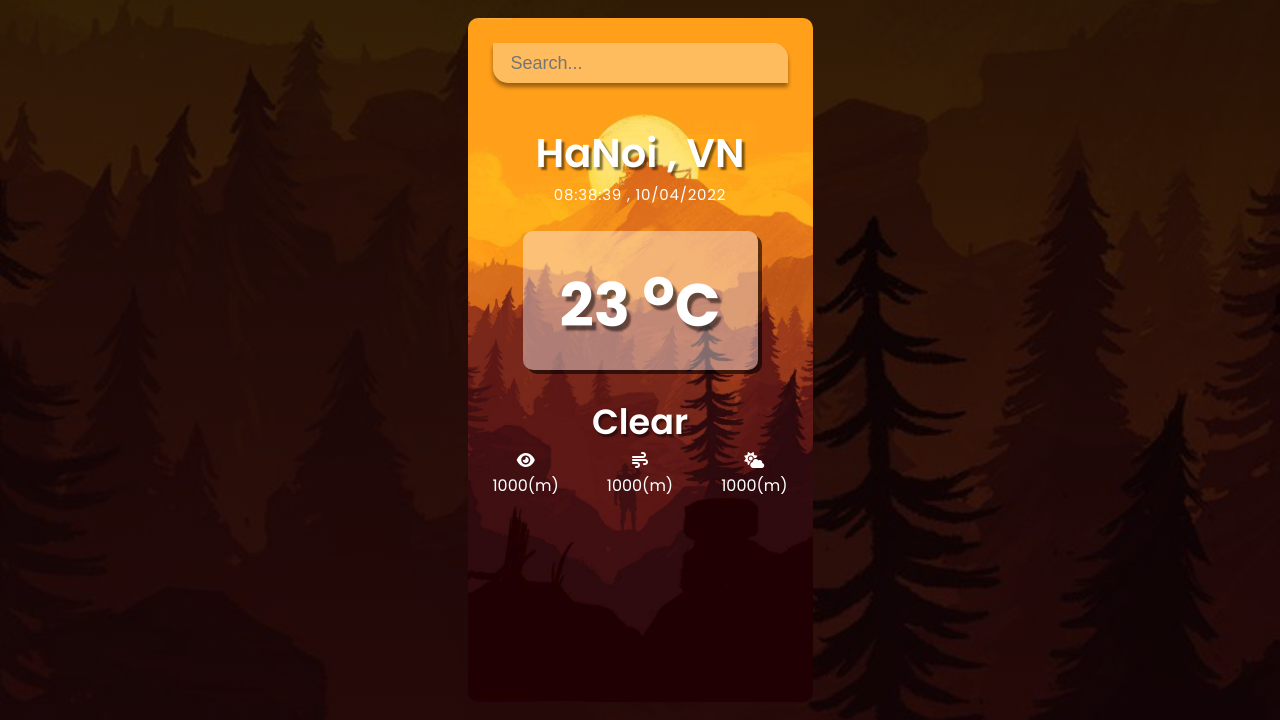
Repository: NguyenDuc-Huy/API_WEATHER
Page: index.html
An editor plug-in stored every save of this project. The page is shown before and after the next save, followed by the edit.
The browser window is 1280 px wide. The pictures show the whole page.
Some web libraries are served in a nearby version.

Above is the page before, as saved 2022-04-10 15:53:51.

### index.html
<!DOCTYPE html>
<html lang="en">

<head>
    <meta charset="UTF-8">
    <meta http-equiv="X-UA-Compatible" content="IE=edge">
    <meta name="viewport" content="width=device-width, initial-scale=1.0">
    <link rel="stylesheet" href="https://cdnjs.cloudflare.com/ajax/libs/font-awesome/6.1.1/css/all.min.css">
    <link rel="preconnect" href="https://fonts.googleapis.com">
    <link rel="preconnect" href="https://fonts.gstatic.com" crossorigin>
    <link href="https://fonts.googleapis.com/css2?family=Poppins:wght@300;400;500;600;700;800&display=swap"
        rel="stylesheet">
    <link rel="stylesheet" href="style.css">
    <title>Weather app</title>
</head>

<body>
    <div id="weather">
        <input type="text" class="search" placeholder="Search...">
        <div class="content">
            <div class="location">
                <span class="city">HaNoi</span>
                <span>,</span>
                <span class="country">VN</span>
            </div>
            <div class="datetime">
                <span class="time">08:38:39</span>
                <span>,</span>
                <span class="date">10/04/2022</span>
            </div>
            <div class="temperature">
                <span class="no">23</span>
                <span class="degree"><sup>o</sup>C</span>
            </div>
            <p class="desc">Clear</p>
            <div class="more-desc">
                <div>
                    <i class="fa-solid fa-eye"></i>
                    <p>1000(m)</p>
                </div>
                <div>
                    <i class="fa-solid fa-wind"></i>
                    <p>1000(m)</p>
                </div>
                <div>
                    <i class="fa-solid fa-cloud-sun"></i>
                    <p>1000(m)</p>
                </div>
            </div>
        </div>
    </div>
</body>
<script src="app.js"></script>

</html>

### style.css
* {
  margin: 0;
  padding: 0;
  box-sizing: border-box;
}
body {
  width: 100vw;
  height: 100vh;
  display: flex;
  justify-content: center;
  align-items: center;
  font-family: "Poppins", sans-serif;
  background: linear-gradient(to bottom, rgba(0, 0, 0, 0.8), rgba(0, 0, 0, 0.6)),
    url("./image/hot.png") no-repeat center/cover;
}
#weather {
  background: url("./image/hot.png") no-repeat center/cover;
  width: 345px;
  height: 95vh;
  display: flex;
  flex-direction: column;
  align-items: center;
  padding: 25px;
  border-radius: 10px;
}
.search {
  border-radius: 0 15px 0 15px;
  border: none;
  outline: none;
  padding: 18px 18px;
  width: 100%;
  height: 40px;
  font-size: 18px;
  box-shadow: 0 4px 4px rgba(0, 0, 0, 0.4);
  background-color: rgba(255, 255, 255, 0.3);
  transition: all 0.3s;
}
.search:focus {
  border-radius: 15px 0 15px 0;
  background-color: rgba(255, 255, 255, 0.8);
}
.content {
  width: 100%;
  color: #fff;
  text-align: center;
}
.location {
  margin-top: 40px;
  font-size: 40px;
  font-weight: 600;

  text-shadow: 3px 3px 2px rgba(0, 0, 0, 0.5);
}
.datetime {
  font-size: 15px;
  letter-spacing: 0.8px;
}
.temperature {
  font-size: 60px;
  margin: 25px 30px;
  background-color: rgba(255, 255, 255, 0.4);
  box-shadow: 4px 4px rgba(0, 0, 0, 0.6);
  padding: 20px 25px;
  border-radius: 10px;
  text-shadow: 4px 5px 2px rgba(0, 0, 0, 0.5);
  font-weight: 700;
}
.desc {
  margin-top: 20px;
  font-weight: 600;
  font-size: 35px;
  text-shadow: 2px 3px 2px rgba(0, 0, 0, 0.5);
}
.more-desc {
  display: flex;
  flex-direction: row;
  justify-content: space-between;
  align-items: center;
}

Loaded but not shown: app.js (no copy from this time; the picture is the same without it)

After the next save:
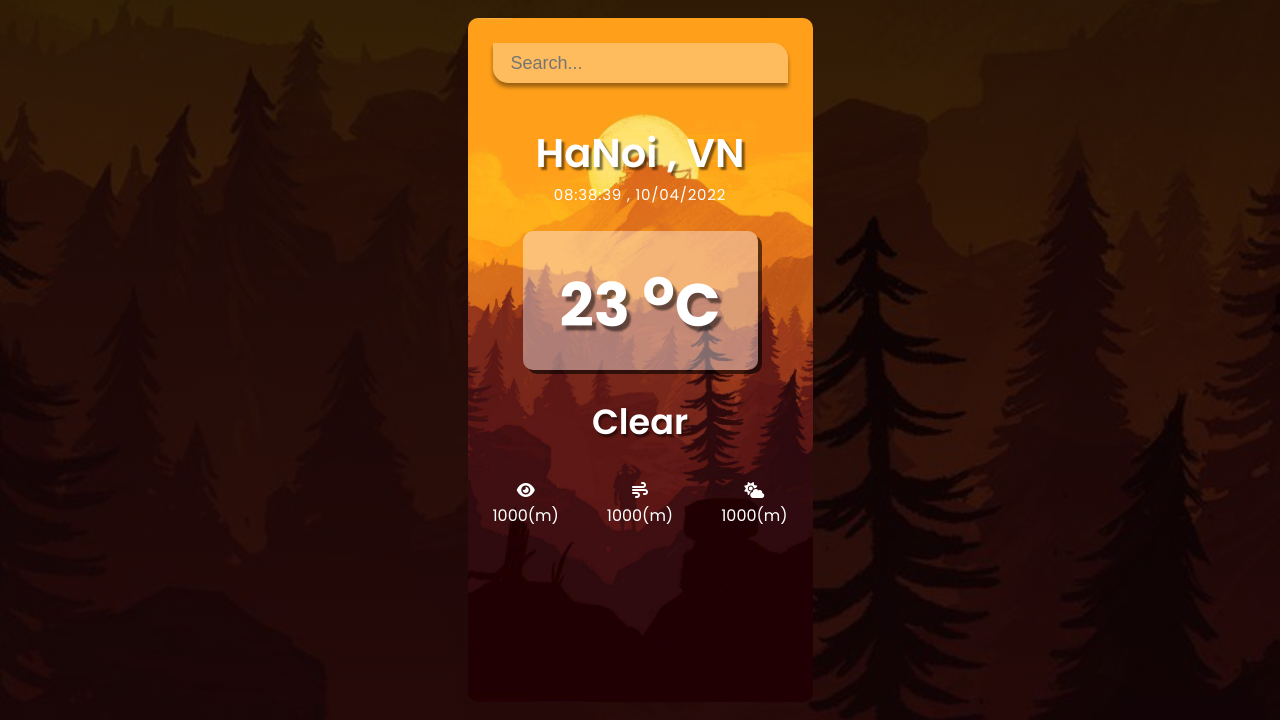
Saved 105 s later.
--- a/style.css
+++ b/style.css
@@ -66,7 +66,7 @@
   font-weight: 700;
 }
 .desc {
-  margin-top: 20px;
+  margin: 20px 0 30px;
   font-weight: 600;
   font-size: 35px;
   text-shadow: 2px 3px 2px rgba(0, 0, 0, 0.5);
